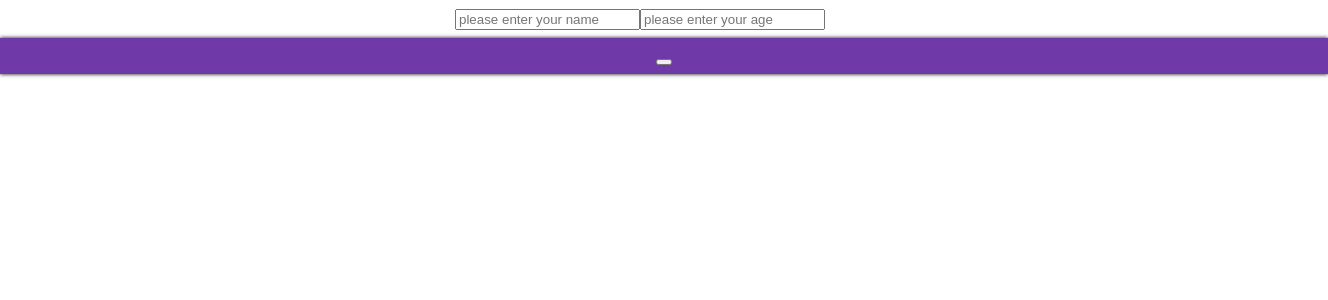
Repository: NamalPathirana/section-eight
Page: /
These files come from the project's save history. The page is drawn as it stood at one moment and after the next save; the edit follows.
The browser window is 1280 px wide. The page is 1328 px wide, so the pictures cover 1328 px, including what lies to the right of the window. The pictures show the whole page.
The project was rebuilt for these pictures with package versions that can differ from the ones it lists, and the page was loaded fresh each time.

Above is the page before, as saved 2021-11-25 21:27:32.

After the next save:
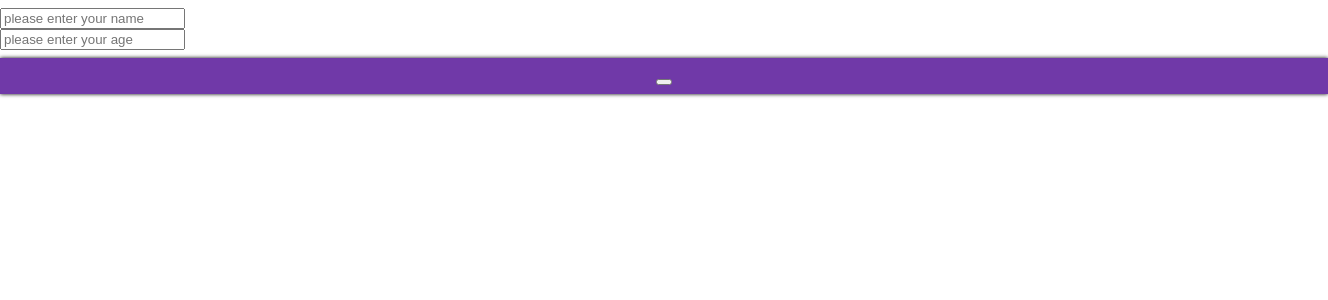
Saved 74 s later.
--- a/src/Components/UserInput/UserInput.module.css
+++ b/src/Components/UserInput/UserInput.module.css
@@ -1,3 +1,7 @@
 .frame{
     margin: 0.5rem 0;
 }
+
+.frame input{
+    display: block;
+}
